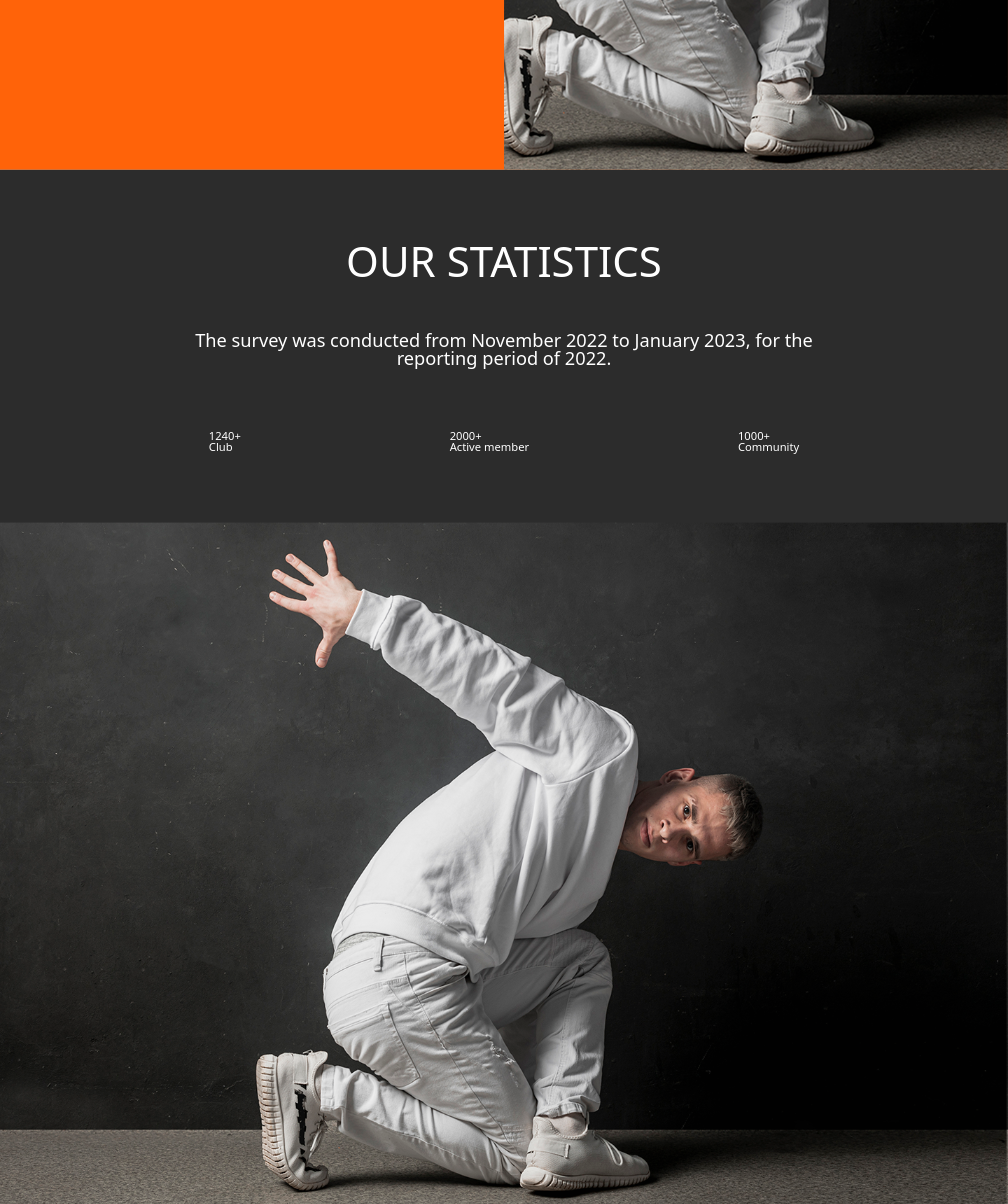
Repository: KinD2704/Web-University
Page: Bai30/index.html
These files come from the project's save history. The page is drawn as it stood at one moment and after the next save; the edit follows.
The browser window is 1280 px wide. The page is 1440 px wide, so the pictures cover 1440 px, including what lies to the right of the window. The pictures show the part of the page from y = 4432 to 6152 px (the page is 6152 px tall), at 70% of full size.

Above is the page before, as saved 2023-12-23 22:17:20.

### Bai30/index.html
<!DOCTYPE html>
<html lang="en">
    <head>
        <meta charset="UTF-8" />
        <meta name="viewport" content="width=device-width, initial-scale=1.0" />
        <title>les 30 percent</title>
        <link rel="stylesheet" href="css/reset.css" />
        <link rel="stylesheet" href="css/global.css">
        <link rel="stylesheet" href="css/styles.css" />
    </head>
    <body>
        <!-- Header -->
        <header>
            <div class="container">
                <div>
                    <img src="img/logo.png" alt="logo" class="logo1" />
                </div>
                <div>
                    <ul>
                        <li><a href="#!">HOME</a></li>
                        <li><a href="#!">PRODUCT</a></li>
                        <li><a href="#!">FEEDBACK</a></li>
                        <li><a href="#!">ABOUT</a></li>
                        <li><a href="#!">CONTACT</a></li>
                    </ul>
                </div>
                <div>
                    <img src="img/search.png" alt="search" class="search" />
                </div>
            </div>
        </header>

        <div class="banner1"></div>
        <div class="banner2">
            <div class="banner2__container">
                <div class="banner2__text banner2__text1">
                    <p>Dance Tour</p>
                </div>
                <div class="banner2__text banner2__text2">
                    <p>
                        Lorem ipsum dolor sit amet, consectetur adipiscing elit.
                        Vivamus lacinia odio vitae vestibulum vestibulum.
                    </p>
                </div>
                <div class="banner2__item">
                    <div class="banner2__item1">
                        <img src="img/item1.png" alt="" />
                        <p>AMERICA</p>
                        <p>
                            Lorem ipsum dolor sit amet, consectetur adipiscing
                            elit.
                        </p>
                    </div>
                    <div class="banner2__item1">
                        <img src="img/item2.png" alt="" />
                        <p>ASIA</p>
                        <p>
                            Lorem ipsum dolor sit amet, consectetur adipiscing
                            elit.
                        </p>
                    </div>
                    <div class="banner2__item1">
                        <img src="img/item3.png" alt="" />
                        <p>AUSTRALIA</p>
                        <p>
                            Lorem ipsum dolor sit amet, consectetur adipiscing
                            elit.
                        </p>
                    </div>
                </div>
            </div>
        </div>
        <div class="banner3">
            <div class="banner2__container">
                <div class="banner2__text banner2__text1">
                    <p>Dance Tour</p>
                </div>
                <div class="banner2__text banner2__text2">
                    <p>
                        Lorem ipsum dolor sit amet, consectetur adipiscing elit.
                        Vivamus lacinia odio vitae vestibulum vestibulum.
                    </p>
                </div>
                <div class="banner2__item">
                    <div class="banner3__item1">
                        <div class="imgBasic"><img src="img/basic.png" alt=""></div>
                        <p>basic</p>
                        <p>Lorem ipsum dolor sit amet, consectetur adipiscing elit</p>
                        <div class="bannerBtn"><button>$150.00</button></div>
                    </div>
                    <div class="banner3__item1">
                        <div class="imgBasic"><img src="img/basic.png" alt="" /></div>
                        <p>Professional</p>
                        <p>Lorem ipsum dolor sit amet, consectetur adipiscing elit</p>
                        <div class="bannerBtn"><button>$200.00</button></div>
                    </div>
                    <div class="banner3__item1">
                        <div class="imgBasic"><img src="img/basic.png" alt="" /></div>
                        <p>Ultimate</p>
                        <p>Lorem ipsum dolor sit amet, consectetur adipiscing elit</p>
                        <div class="bannerBtn"><button>$250.00</button></div>
                    </div>
                </div>
        </div>
        <div class="banner4">
            <div class="banner4__container">
                <div class="banner4__item1">
                    <img src="img/anh-banner4.png" alt="">
                </div>
                <div class="banner4__item2">
                    <p class="p1">BREAKING DANCE</p>
                    <p class="p2">the dancers who perform it. Breaking is popular in many places, but many people do not understand it </p>
                    <div class="bannerBtn"><button class="banner5-Btn">READ MORE</button></div>
                </div>

            </div>
        </div>
        <div class="banner5">
            <div class="banner5__container">
                <div class="banner5__item1">
                    <p class="p1">STREET DANCE</p>
                    <p class="p2">Street dance is a type of dance genre that came to being outside the traditional dance studio</p>
                    <div class="bannerBtn"><button class="banner5-Btn">READ MORE</button></div>
                </div>
                <div class="banner5__item2">
                    <img src="img/anh-banner5.png" alt="">
                </div>
            </div>
        </div>
        <div class="banner6">
            <div class="banner2__container">
                <div class="banner2__text banner2__text1">
                    <p class="text-up">Our Statistics</p>
                </div>
                <div class="banner2__text banner2__text2">
                    <p>
                        The survey was conducted from November 2022 to January
                        2023, for the reporting period of 2022.
                    </p>
                </div>
                <div class="banner6__item d-flex justify-space-evenly">
                    <div class="banner6__item1">
                        <p class="text-white">1240+</p>
                        <p class="text-white">Club</p>
                    </div>
                    <div class="banner6__item1">
                        <p class="text-white">2000+</p>
                        <p class="text-white">Active member</p>
                    </div>
                    <div class="banner6__item1">
                        <p class="text-white">1000+</p>
                        <p class="text-white">Community</p>
                    </div>
                </div>
        </div>
        <div class="banner7"></div>
        <div class="banner8"></div>
        <div class="banner9"></div>

        <!-- Footer -->
        <footer></footer>
    </body>
</html>

### Bai30/css/reset.css
article,
aside,
details,
figcaption,
figure,
footer,
header,
hgroup,
menu,
nav,
section {
    display: block;
}
body {
    line-height: 1;
}
ol,
ul {
    list-style: none;
}
blockquote,
q {
    quotes: none;
}
blockquote:before,
blockquote:after,
q:before,
q:after {
    content: "";
    content: none;
}
table {
    border-collapse: collapse;
    border-spacing: 0;
}

### Bai30/css/global.css
.text-up {
    text-transform: uppercase;
}
.d-flex {
    display: flex;
}
.text-white {
    color: white;
}
.justify-space-evenly {
    justify-content: space-evenly;
}

### Bai30/css/styles.css
* {
    margin: 0;
    padding: 0;
    font-family: system-ui, -apple-system, BlinkMacSystemFont, "Segoe UI",
        Roboto, Oxygen, Ubuntu, Cantarell, "Open Sans", "Helvetica Neue",
        sans-serif;
    box-sizing: border-box;
}
body {
    width: 1440px;
    margin: 0 auto;
}
/* Header */
header {
    position: fixed;
    width: 1440px;
    height: 103px;
    background-color: #303030;
}
.container {
    display: flex;
    justify-content: space-around;
    line-height: 103px;
}
.container .search {
    font-size: 28px;
    margin-top: 40px;
}
.container .logo1 {
    margin-top: 20px;
}
header ul li {
    display: inline-block;
}
header ul li a {
    text-decoration: none;
    color: #ffffff;
    font-size: 20px;
    margin: 0 20px;
    transition: 0.5s;
}
header ul li:hover a {
    color: orange;
}
/* banner 1 */
.banner1 {
    background-image: url("../img/banner1.png");
    height: 796px;
    background-repeat: no-repeat;
    background-size: cover;
    z-index: 0;
}
/* banner 2 */
.banner2 {
    background-image: url("../img/banner2.png");
    /* height: 974px; */
}
.banner2__container {
    padding: 100px 0;
}
.banner2__container .banner2__text p {
    color: #ffffff;
}

.banner2__item {
    display: flex;
    justify-content: space-evenly;
}
.banner2__text1 p {
    font-size: 60px;
    text-align: center;
    text-transform: uppercase;
}
.banner2__text2 p {
    font-size: 26px;
    text-align: center;
    width: 892px;
    margin: 0 auto;
    margin-top: 70px;
    margin-bottom: 90px;
}
/* item */
.banner2__item1 {
    background-image: url("/img/background-item.png");
    width: 372px;
    height: 493px;
}

.banner2__item1 p {
    color: #ffffff;
    width: 372px;
}
.banner2__item1 p:first-of-type {
    display: block;
    font-size: 30px;
    text-align: center;
    margin-top: 45px;
}
.banner2__item1 p:last-of-type {
    display: block;
    font-size: 18px;
    text-align: center;
    margin-bottom: 40px;
    margin-top: 20px;
}

/* banner3 */
.banner3 {
    background-image: url("../img/banner3.png");
    height: 974px;
}
.banner3__item1 {
    color: white;
    background-image: url("../img/background-item-1.png");
    width: 372px;
    height: 493px;
}
.banner3__item1 .imgBasic {
    width: 372px;
    text-align: center;
    margin: 60px auto;
}
.banner3__item1 p:first-of-type {
    display: block;
    font-size: 30px;
    text-align: center;
    text-transform: uppercase;
    margin-bottom: 30px;
}
.banner3__item1 p:last-of-type {
    display: block;
    font-size: 18px;
    text-align: center;
    margin-bottom: 30px;
}
.banner3__item1 .bannerBtn {
    margin: 0 auto;
    width: 372px;
    text-align: center;
}
.banner3__item1 button,
.banner5-Btn {
    height: 70px;
    width: 80%;
    text-align: center;
    color: white;
    background-color: #303030;
    border-radius: 5px;
    font-size: 20px;
    transition: 0.5s;
}
.bannerBtn:hover button,
.bannerBtn:hover .banner5-Btn {
    background-color: gold;
    cursor: pointer;
    color: sienna;
}
/* Banner 4 */
.banner4 {
    background-image: url("../img/banner4.png");
    height: 974px;
}
.banner4__container,
.banner5__container {
    display: flex;
}
.banner4__item1,
.banner4__item2,
.banner5__item1,
.banner5__item2 {
    flex-basis: 50%;
}
.banner4__item1 img,
.banner5__item2 img {
    width: 100%;
    height: 974px;
    object-fit: cover;
}
.banner4__item2,
.banner5__item1 {
    color: white;
    padding-left: 60px;
}
/* Banner 5 */
.banner5 {
    background-image: url("../img/banner5.png");
    height: 974px;
}
.banner5-Btn {
    width: 40%;
    margin-bottom: 270px;
}
.p1 {
    font-size: 60px;
    text-transform: uppercase;
    margin-top: 300px;
}
.p2 {
    font-size: 26px;
    margin: 0 auto;
    margin-top: 70px;
    margin-bottom: 90px;
}
/* banner 6 */
.banner6 {
    background-image: url("../img/banner6.png");
    height: 974px;
}
/* Banner 7 */
.banner7 {
    background-image: url("../img/banner7-1.png"), url("../img/banner7.png");
    height: 974px;
}

After the next save:
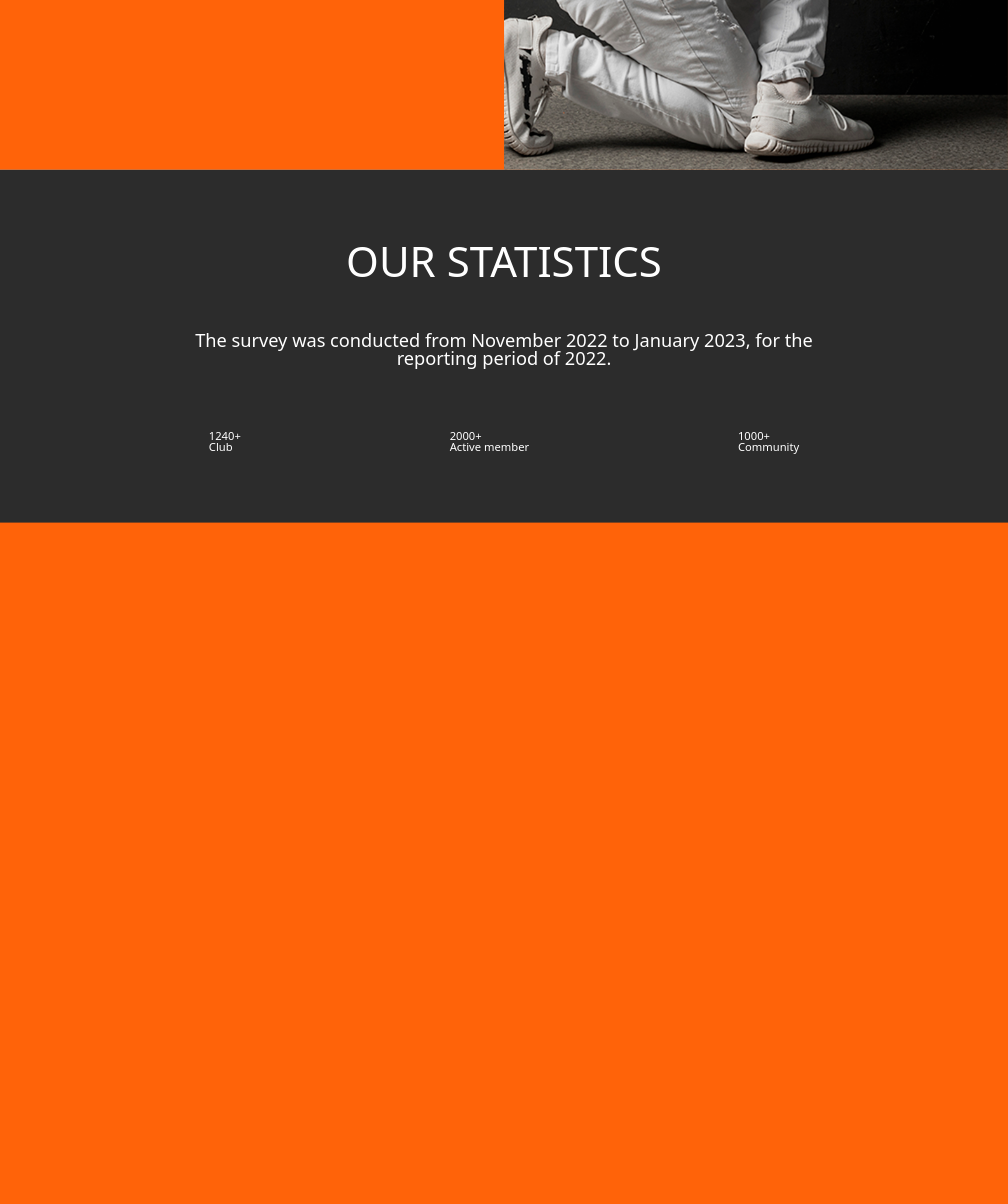
Saved 22 s later.
--- a/Bai30/css/styles.css
+++ b/Bai30/css/styles.css
@@ -208,6 +208,6 @@ header ul li:hover a {
 }
 /* Banner 7 */
 .banner7 {
-    background-image: url("../img/banner7-1.png"), url("../img/banner7.png");
-    height: 974px;
-}
+    background-image: url("../img/banner7.png");
+    height: 974px;
+}

After the 6 saves that followed:
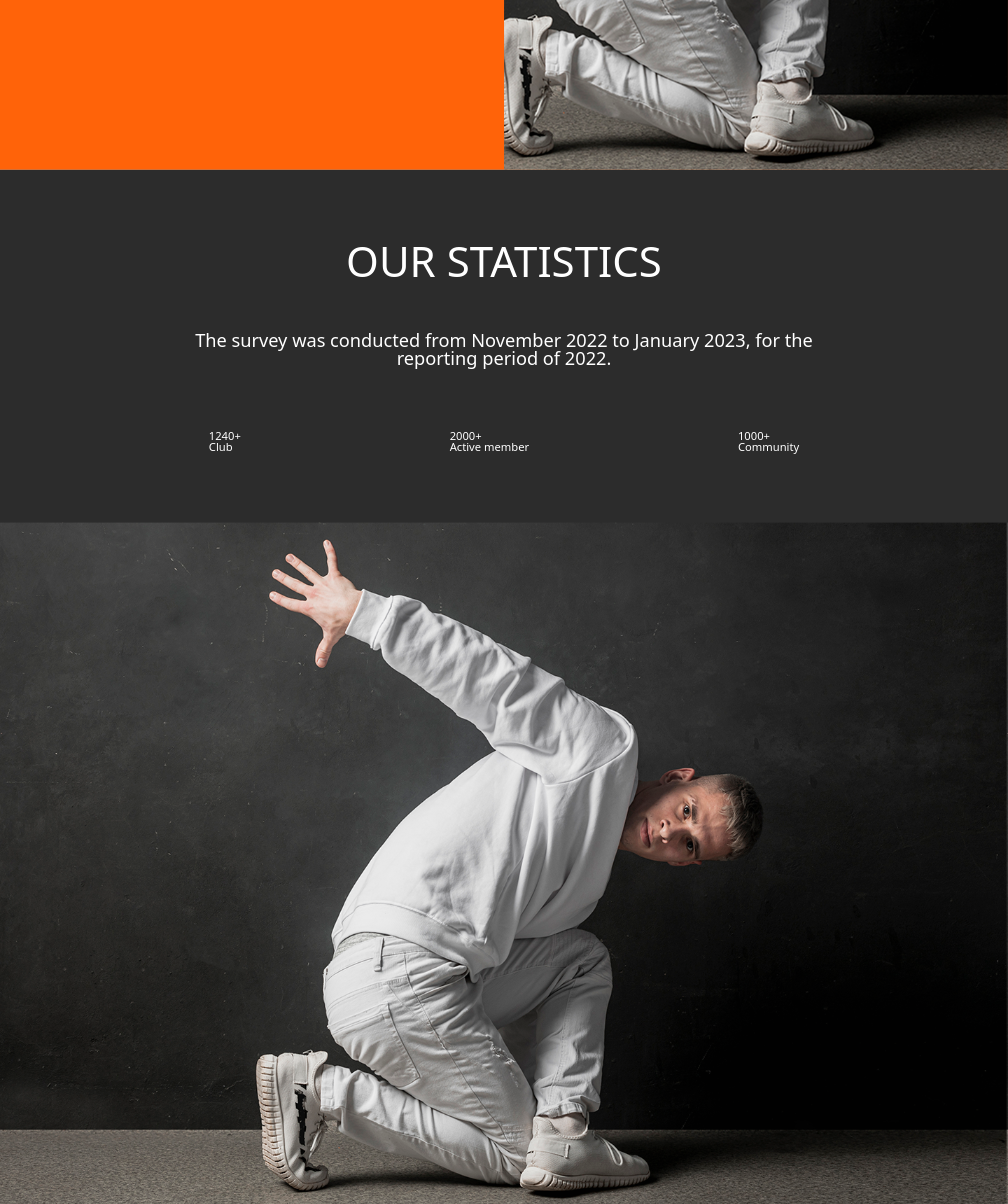
The 6 saves are shown as one change because 4 left the picture as it was and some came seconds apart.
The last was saved 104 s later.
--- a/Bai30/index.html
+++ b/Bai30/index.html
@@ -153,7 +153,9 @@
                     </div>
                 </div>
         </div>
-        <div class="banner7"></div>
+        <div class="banner7">
+            <div class="banner7-1"></div>
+        </div>
         <div class="banner8"></div>
         <div class="banner9"></div>
 
--- a/Bai30/css/styles.css
+++ b/Bai30/css/styles.css
@@ -211,3 +211,7 @@ header ul li:hover a {
     background-image: url("../img/banner7.png");
     height: 974px;
 }
+.banner7-1 {
+    background-image: url("../img/banner7-1.png");
+    height: 974px;
+}
